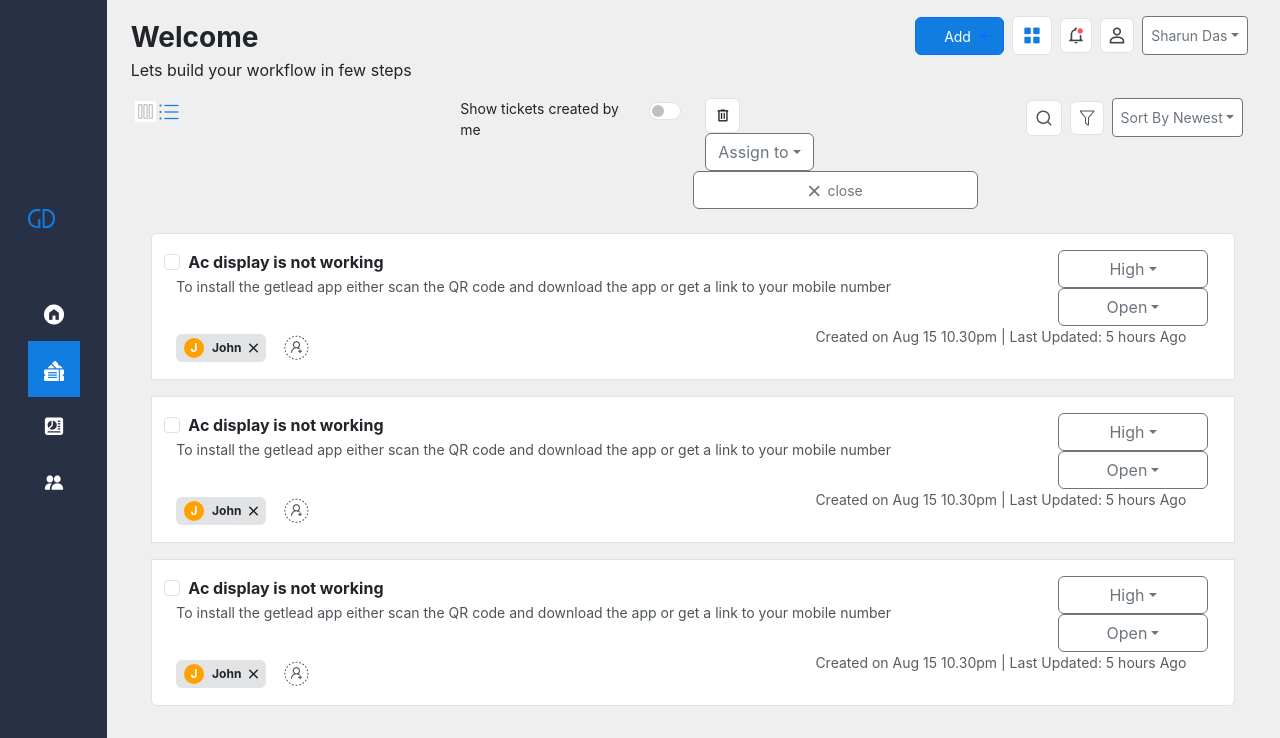
Repository: rishikarajeev/GL_HelpDesk
Page: /
An editor plug-in stored every save of this project. The page is shown before and after the next save, followed by the edit.
The browser window is 1280 px wide. The pictures show the whole page.
The project was rebuilt for these pictures with package versions that can differ from the ones it lists, and the page was loaded fresh each time. Also part of the build but not shown: src/App.css, src/Pages/HomePage.jsx.

Above is the page before, as saved 2024-01-11 14:27:48.

After the next save:
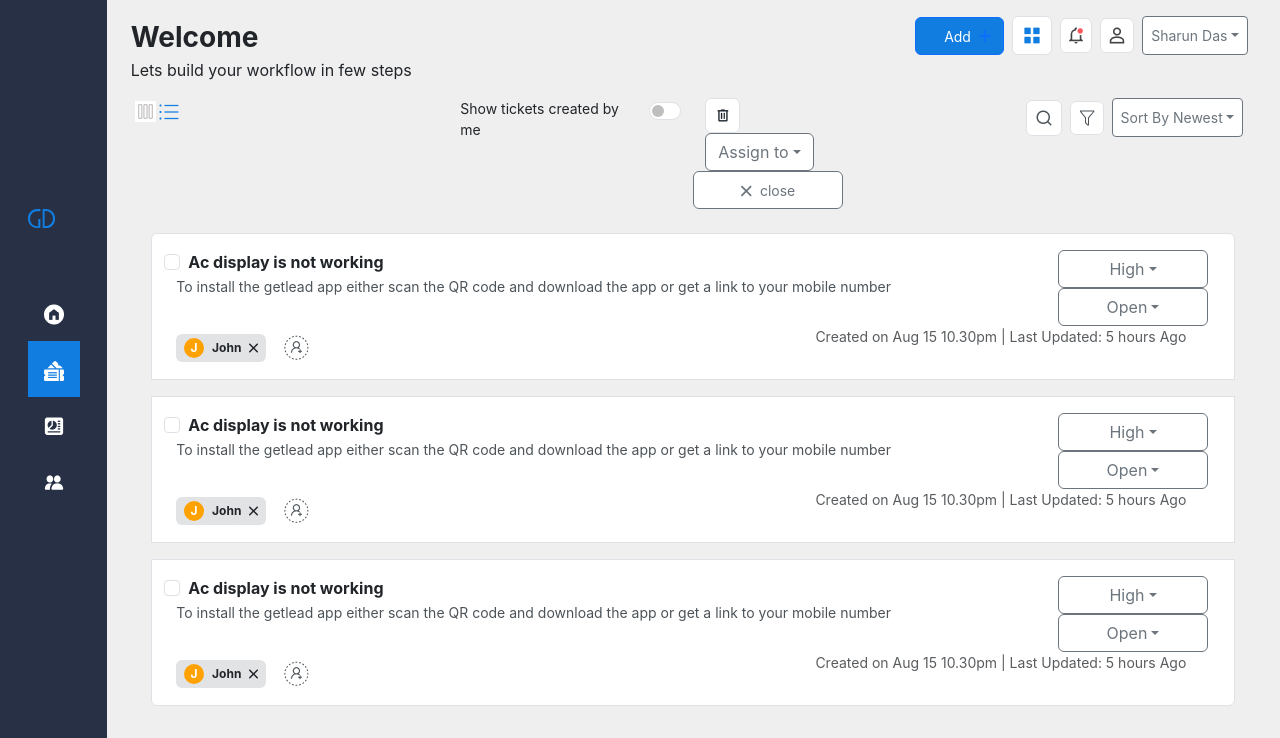
Saved 20 s later.
--- a/src/Pages/ViewTickets.jsx
+++ b/src/Pages/ViewTickets.jsx
@@ -70,7 +70,7 @@ function ViewTickets() {
               </Dropdown.Menu>
             </Dropdown>
 
-            <Button variant="btn btn-outline-secondary bg-white ">
+            <Button variant="btn btn-outline-secondary bg-white " style={{ width: '150px' }}>
               <FontAwesomeIcon icon={faTimes} className="small" />
               <span className="small ms-2">close</span>
             </Button>
